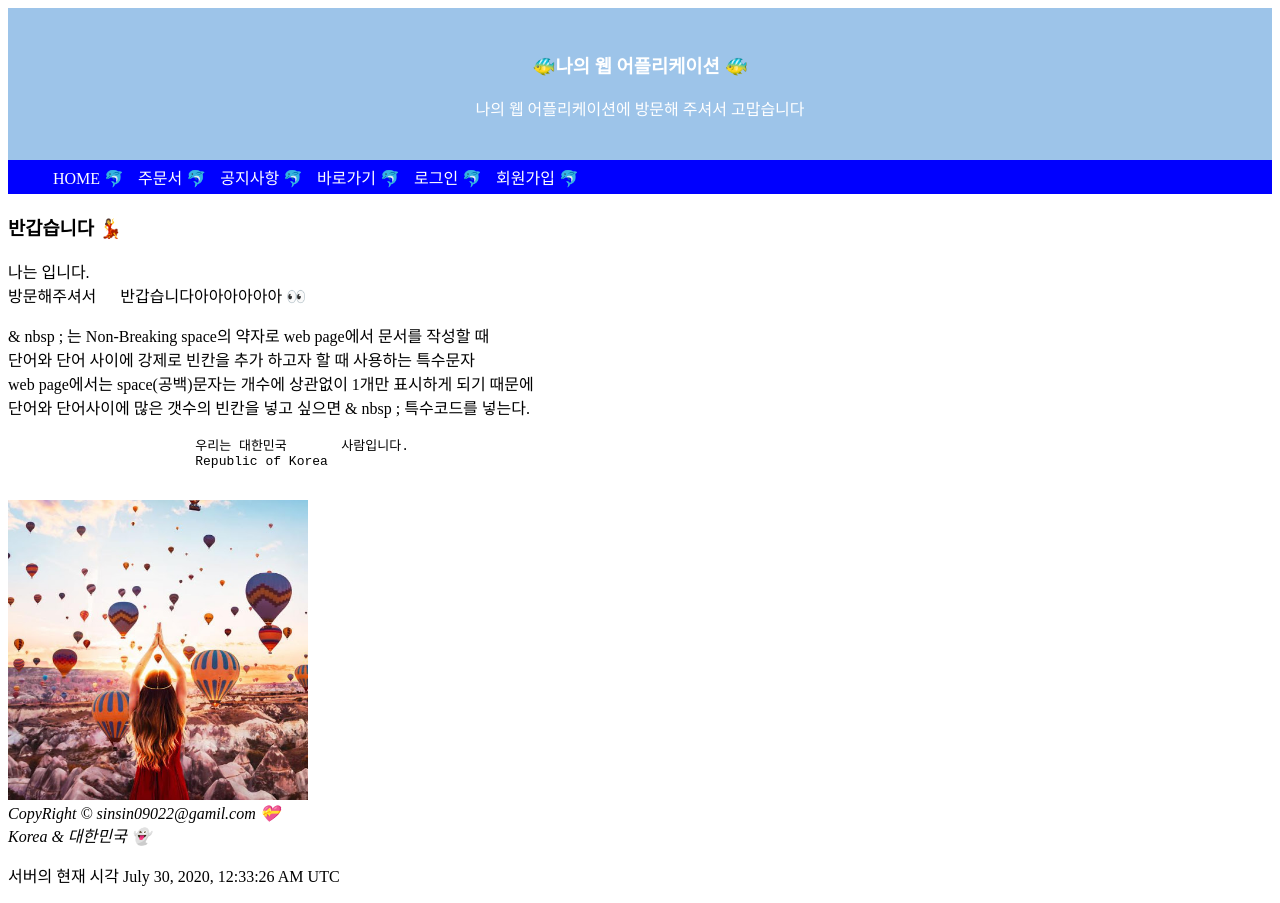
Repository: haetsalshin/Biz_506_2020_07_SpringMVC
Page: http://localhost/SpMVC_001_Order/
These files come from the project's save history. The page is drawn as it stood at one moment and after the next save; the edit follows.
The browser window is 1280 px wide. The pictures show the whole page.
The page is served by Tomcat 9. Other server files are loaded and not shown. The template is opened directly, without the code that normally fills it, so the values that code supplies are empty.

Above is the page before, as saved 2020-07-30 02:36:36.

### SpMVC_001_Order/src/main/webapp/WEB-INF/views/home.jsp
<%@ page language="java" contentType="text/html; charset=UTF-8"
    pageEncoding="UTF-8"%>
<!DOCTYPE html>
<html>
<head>
<!--  이 파일은 stylesheet구조다.요즘에는 type을 사용하지 않지만 어떤 곳은 명시 해야만 해야되기도 한다. -->
<!--  내가 어제 navi와 header부분 디자인 만들어 놓은 것을 그대로 불러와서 적용하는 것. -->
<!-- include 사용하는 이유는 우리는 상당부분 article빼고는 다른 부분은 계속 같기 때문에
	그래서 이러한 부분은 다시 만들지 않도록 따로 분리해두는 것
 -->

	<%@ include file = "/WEB-INF/views/include/include-head.jspf" %>
</head>
<body>
	<%@ include file = "/WEB-INF/views/include/include-header.jspf" %>
	<%@ include file= "/WEB-INF/views/include/include-nav.jspf" %>

	<section>
	<h3>반갑습니다 &#128131; </h3>
	<p>나는 ${name} 입니다.</br> 방문해주셔서&nbsp;&nbsp;&nbsp;&nbsp;&nbsp;
	반갑습니다아아아아아아 &#128064; </p>
	<p>& nbsp ; 는 Non-Breaking space의 약자로 web page에서 문서를 작성할 때</br>
	단어와 단어 사이에 강제로 빈칸을 추가 하고자 할 때 사용하는 특수문자</br>
	web page에서는 space(공백)문자는 개수에 상관없이 1개만 표시하게 되기 때문에</br>
	단어와 단어사이에 많은 갯수의 빈칸을 넣고 싶으면 & nbsp ; 특수코드를 넣는다.
	<p>
		<pre>
			우리는 대한민국       사람입니다.
			Republic of Korea
		</pre>
	</p>

	</section>
	<section>
		<img src ="resources/images/turkey.jpg" alt ="터키 사진" width="300px" >


	</section>
	<%@ include file ="/WEB-INF/views/include/include-footer.jspf" %>
	<p>서버의 현재 시각 ${serverTime}</p>
</body>
</html>

### SpMVC_001_Order/src/main/webapp/WEB-INF/views/include/include-head.jspf
<%@ page language="java" contentType="text/html; charset=UTF-8"
    pageEncoding="UTF-8"%>
<meta charset="UTF-8">
<meta name='viewport' content='width=device-width, initial-scale=1'>
<!--  특수문자는 화면을 읽는 게 인식을 하지 못하므로 접근성 테스트에서 통과하지 못한다.
	  따라서 웬만하면 특수문자 쓰지 말것
 -->
<title>나의 웹어플</title>
<link rel ="stylesheet" href = "resources/css/main.css" type ="text/css" >

### SpMVC_001_Order/src/main/webapp/WEB-INF/views/include/include-header.jspf
<%@ page language="java" contentType="text/html; charset=UTF-8"
    pageEncoding="UTF-8"%>

<header>
	<h3> &#128032;나의 웹 어플리케이션 &#128032;</h3>
	<P>나의 웹 어플리케이션에 방문해 주셔서 고맙습니다</P>
</header>

### SpMVC_001_Order/src/main/webapp/WEB-INF/views/include/include-nav.jspf
<%@ page language="java" contentType="text/html; charset=UTF-8"
    pageEncoding="UTF-8"%>
<nav>
	<ul>
		<li><a href="#">HOME &#128044;	</a></li>
		<li><a href="#">주문서 &#128044;</a></li>
		<li><a href="#">공지사항 &#128044;</a></li>
		<li><a href="#">바로가기 &#128044;</a></li>
		<li><a href="#">로그인 &#128044;</a></li>
		<li><a href="#">회원가입 &#128044;</a></li>
	</ul>
</nav>

### SpMVC_001_Order/src/main/webapp/WEB-INF/views/include/include-footer.jspf
<%@ page language="java" contentType="text/html; charset=UTF-8"
    pageEncoding="UTF-8"%>
	<footer>
		<!-- address라는 태그로 감싸면 이탤릭체로 된다. -->
		<!--  &앤드는 아래와 같이 copy와 amp같은 걸 쓸 때 써주기 때문에 둘이 중복되지 않도록
		원래는 사용하는 것이 금지 되어 있다. 그래서 저런형식으로 써주는 것. -->
		<address>CopyRight &copy; sinsin09022@gamil.com &#128157;</address>
		<address>Korea &amp; 대한민국 &#128123;</address>
	</footer>

### SpMVC_001_Order/src/main/webapp/resources/css/main.css
@charset "UTF-8";

        /*
        style 지정할 때 사용하는 단위
        px, pt, dp, em, rem 등등...

        rem(em) : box내부에 문자열 content 있을 때 content 문자열 중에 가장 큰 문자열을 기준으로
            배율을 정하라

        */

        header {
            background-color: rgb(157, 196, 233);
            color: white;
            padding: 1.5rem;
            text-align: center;
        }

        nav {

            background-color: blue;

        }
        ul {
            margin: 0;
        }

        li{
            display: inline-block;
            padding: 5px;
            background-color: blue;
            color: white;
            cursor: pointer;
        }
        li:hover {
            background-color: teal;
            color: white;
        }
        /*
            text-decoration : anchar tag는 특성상 문자열에 밑줄과 같은 속성이 지정된다.
                이 속성을 모두 없애서 디자인이 흐트러지는 것을 방지할 수 있다.
        */
        a{
            color: white;
            text-decoration: none;
        }

After the next save:
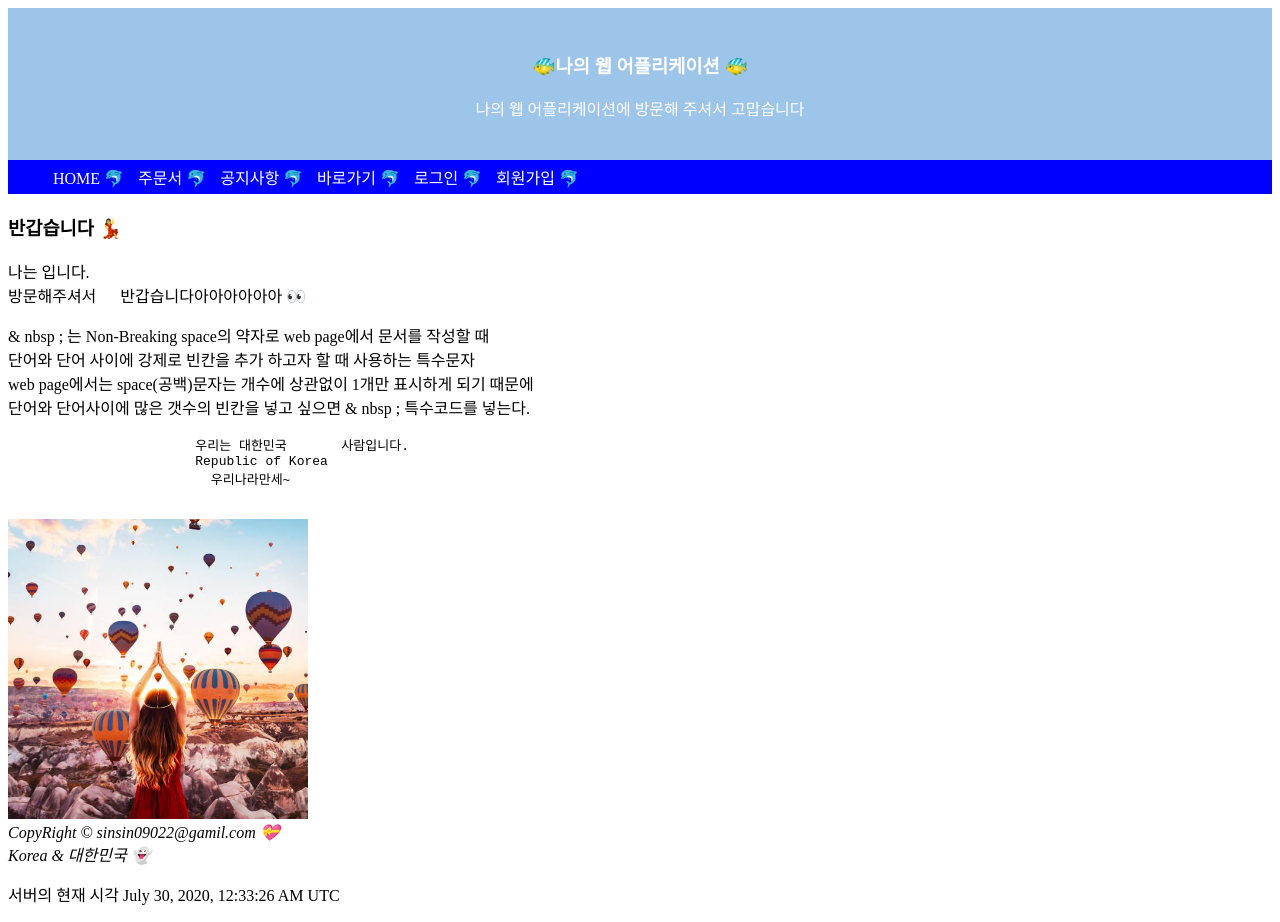
Saved 12 s later.
--- a/SpMVC_001_Order/src/main/webapp/WEB-INF/views/home.jsp
+++ b/SpMVC_001_Order/src/main/webapp/WEB-INF/views/home.jsp
@@ -27,6 +27,7 @@
 		<pre>
 			우리는 대한민국       사람입니다.
 			Republic of Korea
+			&nbsp; 우리나라만세~
 		</pre>
 	</p>
 
